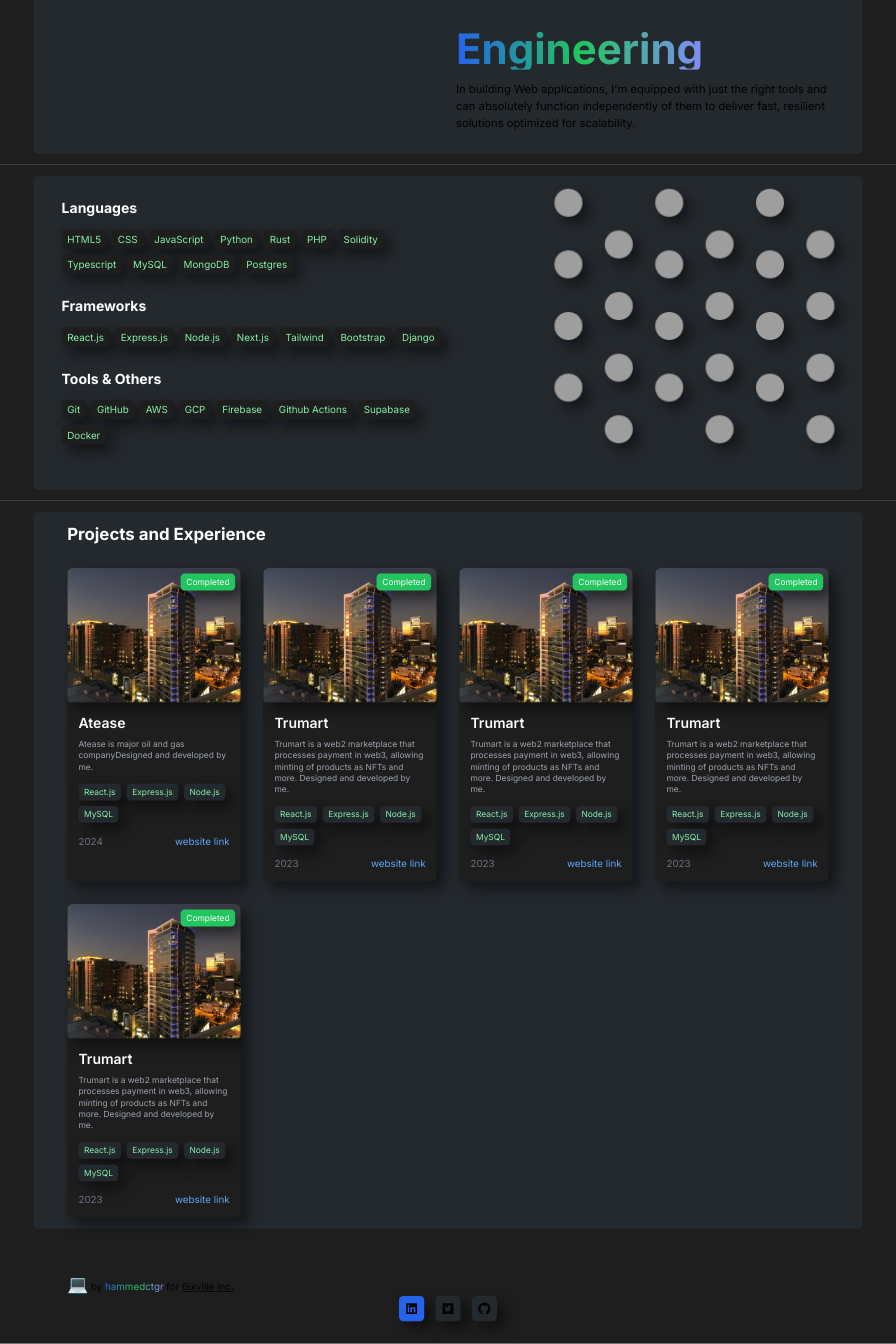
Repository: muhammedctgr/hammedctgr
Page: /
An editor plug-in stored every save of this project. The page is shown before and after the next save, followed by the edit.
The browser window is 1280 px wide. The pictures show the part of the page from y = 808 to 2728 px (the page is 2728 px tall), at 70% of full size.
Pictures or frames that could not be fetched are drawn as grey boxes. The project was rebuilt for these pictures with package versions that can differ from the ones it lists, and the page was loaded fresh each time. The framework's server and built-in components were replaced by stand-ins that run in the browser. Also part of the build but not shown: next.config.mjs.

Above is the page before, as saved 2024-08-13 21:31:16.

After the next save:
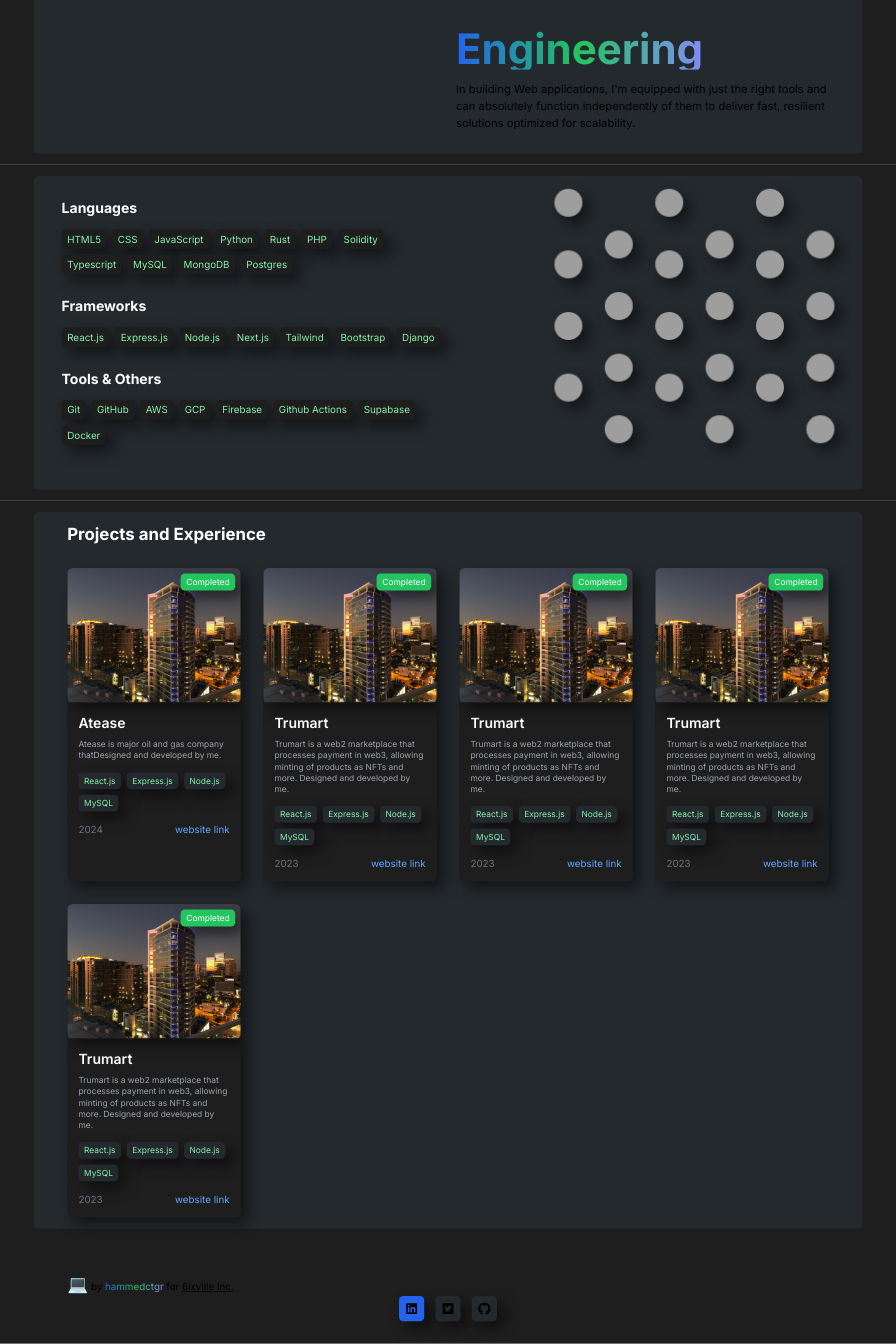
Saved 4 s later.
--- a/components/ProjectsSection.tsx
+++ b/components/ProjectsSection.tsx
@@ -13,7 +13,7 @@ interface Project {
 const projects: Project[] = [
   {
     title: "Atease",
-    description: "Atease is major oil and gas companyDesigned and developed by me.",
+    description: "Atease is major oil and gas company thatDesigned and developed by me.",
     technologies: ["React.js", "Express.js", "Node.js", "MySQL"],
     date: "2024",
     status: "Completed",
